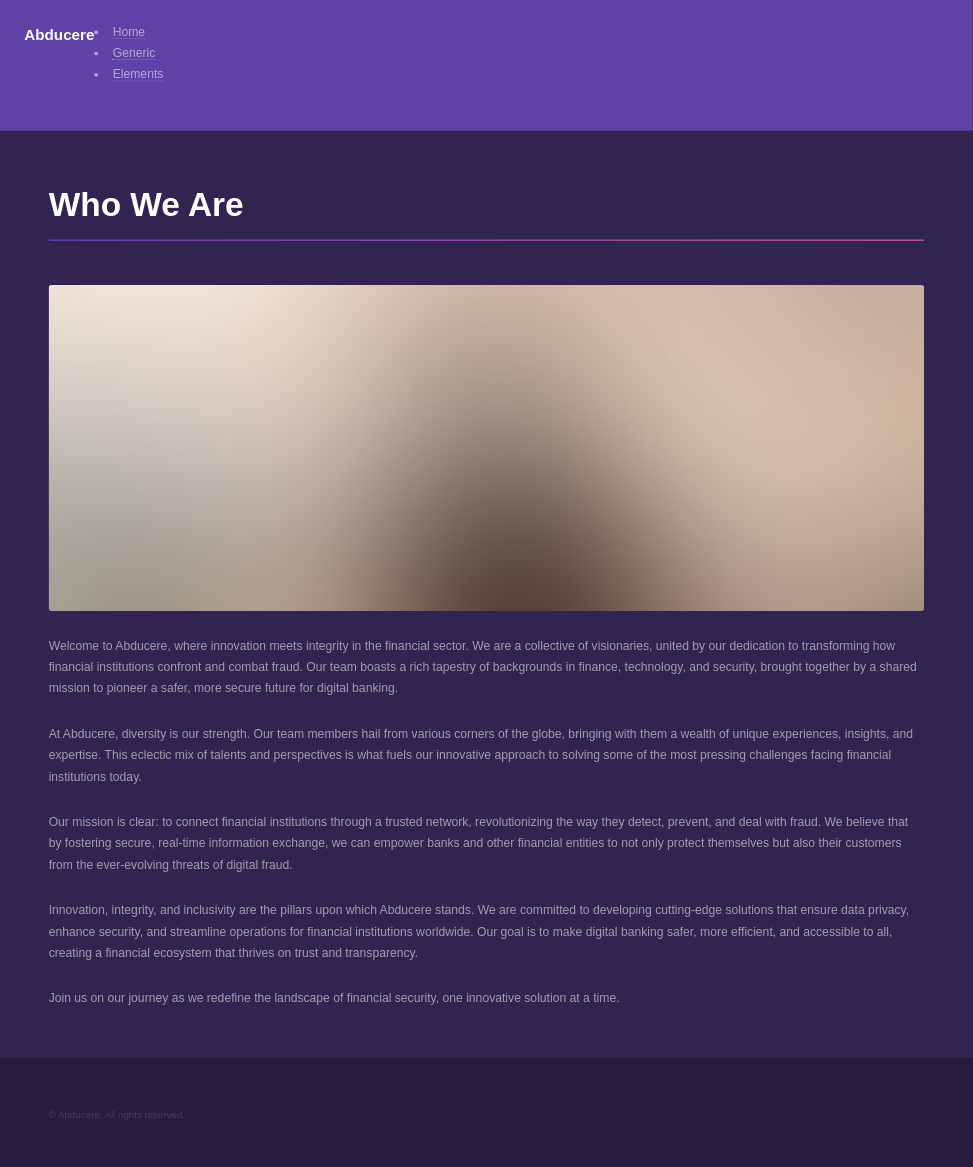
Repository: nocnoc94/nocnoc94.github.io
Page: who-we-are.html
An editor plug-in stored every save of this project. The page is shown before and after a run of saves, followed by the edit.
The browser window is 1280 px wide. The pictures show the whole page, at 76% of full size.

Above is the page before, as saved 2024-02-23 16:18:55.

After the next 3 saves:
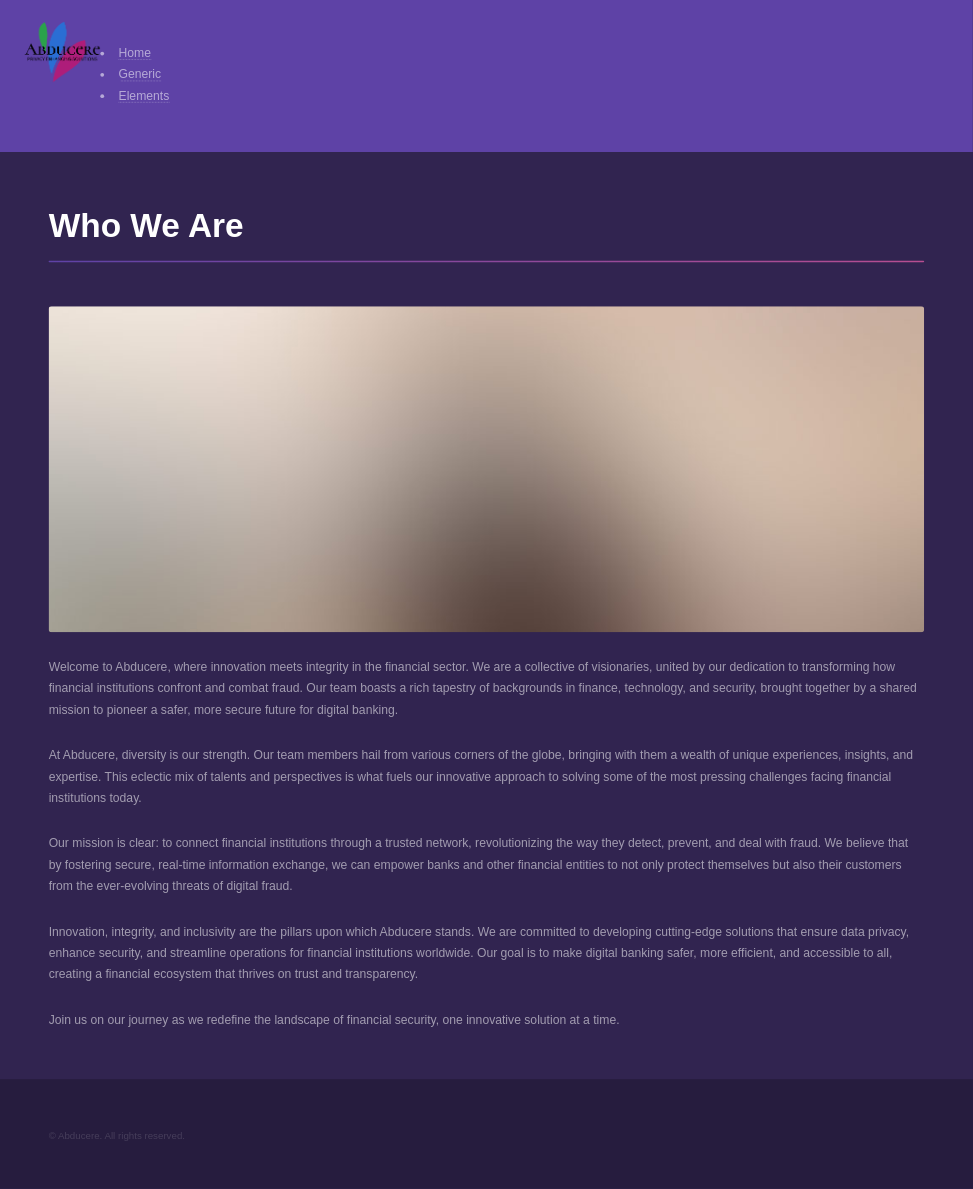
The 3 saves are shown as one change because they came seconds apart.
The last was saved 11 s later.
--- a/who-we-are.html
+++ b/who-we-are.html
@@ -15,9 +15,8 @@
 
 	<!-- Header -->
 	<header id="header">
-		<a href="index.html" class="title">Abducere</a>
-		<!-- <a id="headerLogo" class="image"><img src="/static/images/abducere-logo-1.png" alt=""
-			<nav> -->
+		<!-- <a href="index.html" class="title">Abducere</a> -->
+		<a id="headerLogo" class="image"><img src="/static/images/abducere-logo-1.png" alt="" <nav>
 			<ul>
 				<li><a href="index.html">Home</a></li>
 				<li><a href="generic.html" class="active">Generic</a></li>
